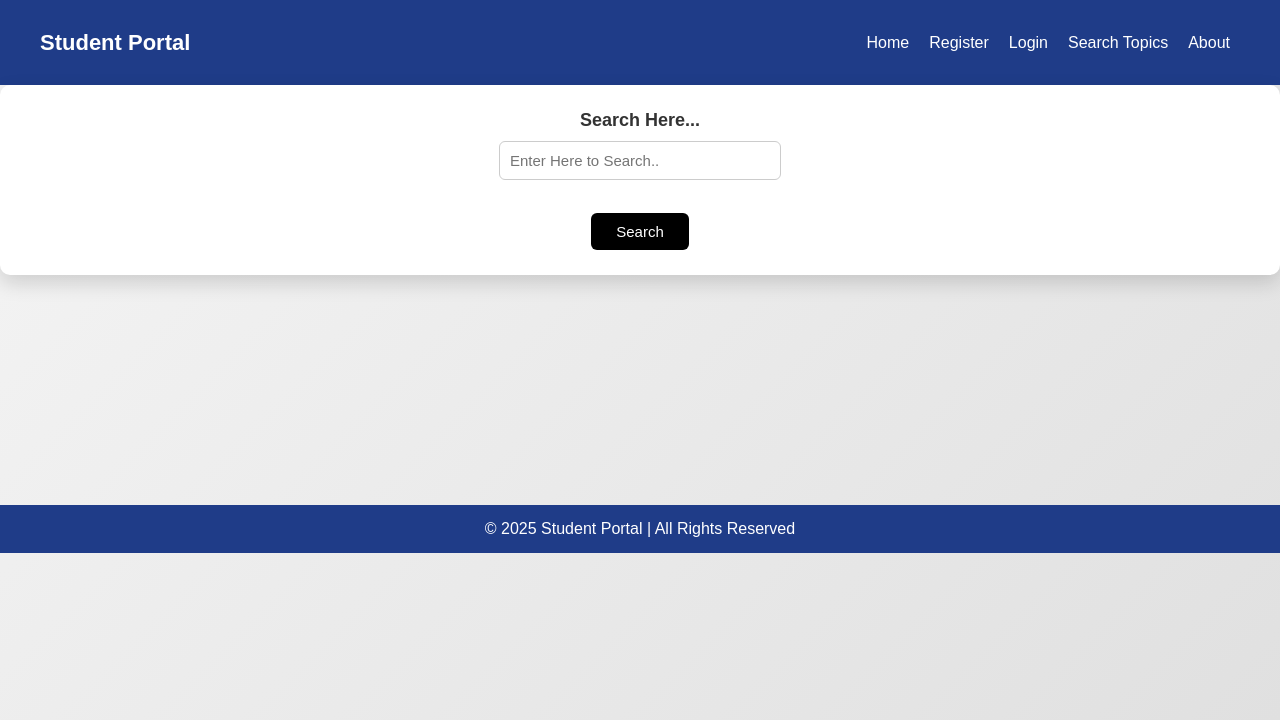
Repository: Tanvisalunkhe/Java_Codes
Page: demo/src/main/webapp/Search.html
An editor plug-in stored every save of this project. The page is shown before and after the next save, followed by the edit.
The browser window is 1280 px wide. The pictures show the whole page.

Above is the page before, as saved 2025-12-26 06:57:40.

After the next save:
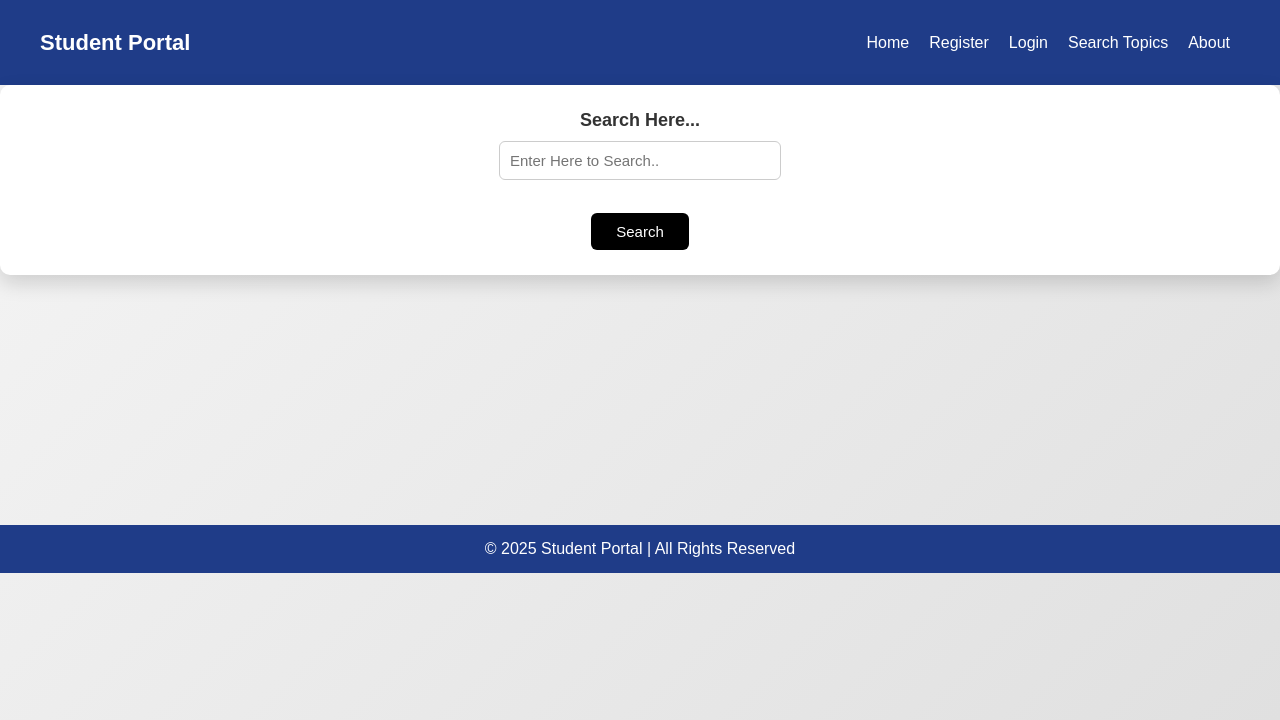
Saved 14 s later.
--- a/demo/src/main/webapp/Search.html
+++ b/demo/src/main/webapp/Search.html
@@ -100,7 +100,7 @@ button:hover {
             color: white;
             text-align: center;
             padding: 15px;
-            margin-top: 230px;
+            margin-top: 250px;
 
         }
 </style>
